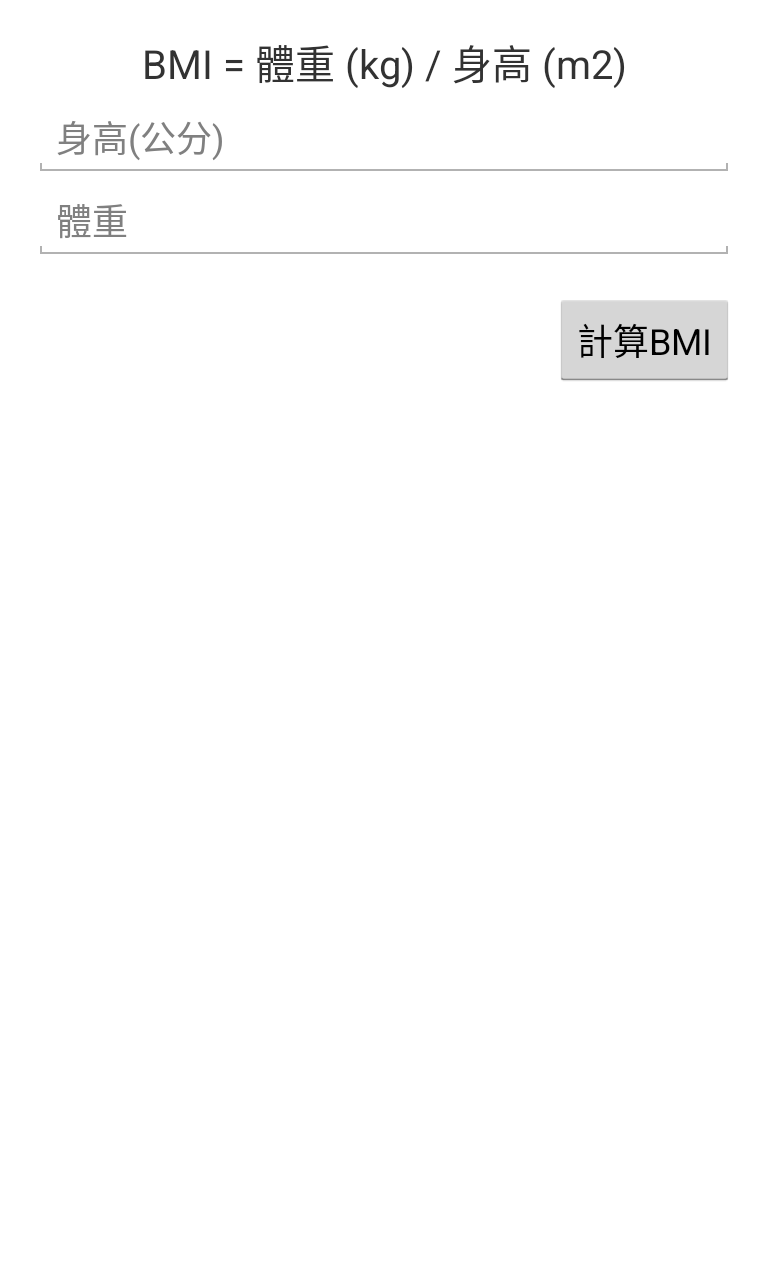
Repository: ericluo1123/myAndroidCode
Layout: myAndroidProject/res/layout/activity_main.xml
The author's editor kept a copy of each file at every save. The layout is drawn from the files as they stood at one save, then again after the next save.
It is drawn on a 768 x 1280 px phone screen (xhdpi) without system bars, with theme AppTheme; the app's code is not run.

Above is the layout before, as saved 2014-09-26 06:05:50.

### myAndroidProject/res/layout/activity_main.xml
<RelativeLayout xmlns:android="http://schemas.android.com/apk/res/android"
    xmlns:tools="http://schemas.android.com/tools"
    android:layout_width="match_parent"
    android:layout_height="match_parent"
    android:paddingBottom="@dimen/activity_vertical_margin"
    android:paddingLeft="@dimen/activity_horizontal_margin"
    android:paddingRight="@dimen/activity_horizontal_margin"
    android:paddingTop="@dimen/activity_vertical_margin"
    tools:context="com.example.myandroidproject.MainActivity" >

    <EditText
        android:id="@+id/editText1"
        android:layout_width="match_parent"
        android:layout_height="wrap_content"
        android:layout_alignParentTop="true"
        android:layout_centerHorizontal="true"
        android:layout_marginTop="32dp"
        android:ems="10"
        android:hint="身高(公分)" />

    <TextView
        android:id="@+id/textView2"
        android:layout_width="match_parent"
        android:layout_height="wrap_content"
        android:layout_alignLeft="@+id/editText1"
        android:layout_alignParentTop="true"
        android:gravity="center_horizontal"
        android:text="BMI = 體重 (kg) / 身高 (m2)"
        android:textSize="20sp" />

    <EditText
        android:id="@+id/editText2"
        android:layout_width="match_parent"
        android:layout_height="wrap_content"
        android:layout_below="@+id/editText1"
        android:layout_centerHorizontal="true"
        android:ems="10"
        android:hint="體重" />

    <Button
        android:id="@+id/button1"
        android:layout_width="wrap_content"
        android:layout_height="wrap_content"
        android:layout_alignRight="@+id/editText2"
        android:layout_below="@+id/editText2"
        android:layout_marginTop="15dp"
        android:text="計算BMI" />

</RelativeLayout>

Loaded but not shown: myAndroidProject/res/values/styles.xml (common file); myAndroidProject/res/values-v11/styles.xml (common file); myAndroidProject/res/values-v14/styles.xml (common file); myAndroidProject/res/values/dimens.xml (common file); myAndroidProject/res/values-w820dp/dimens.xml (common file)

After the next save:
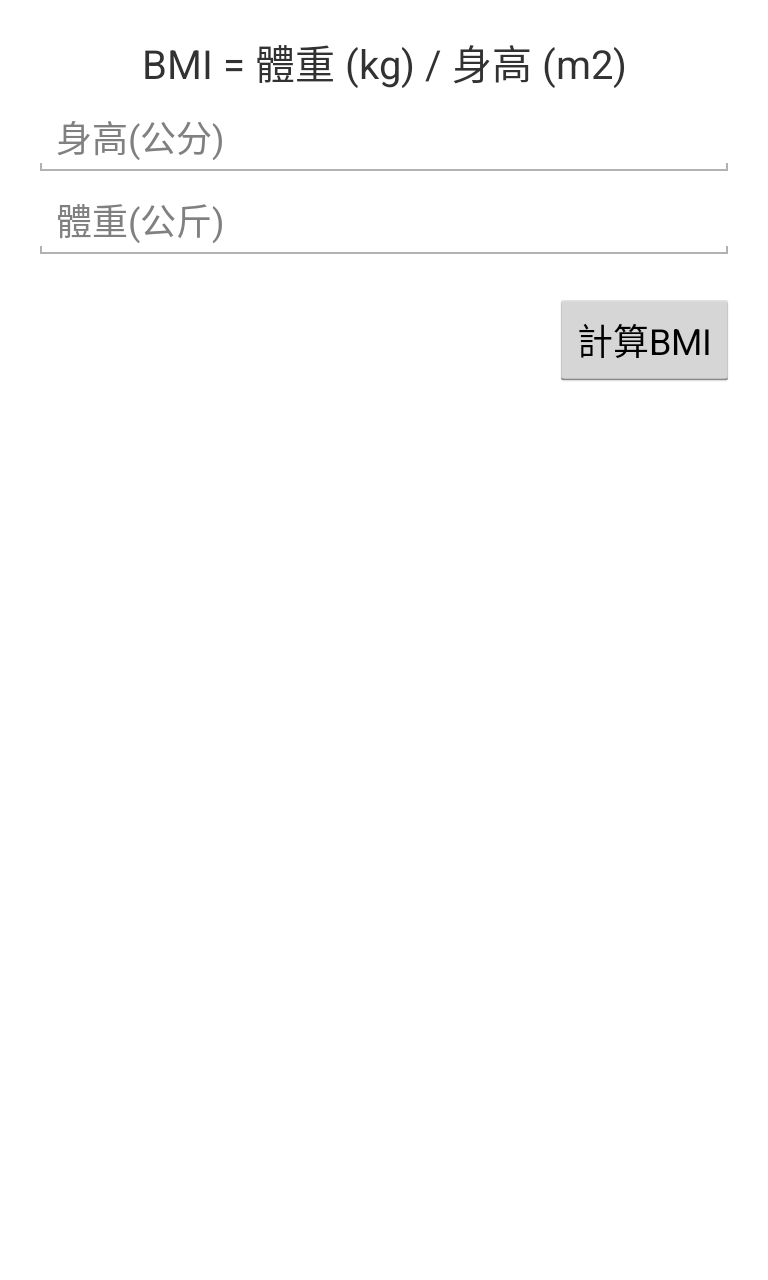
Saved 12 s later.
--- a/myAndroidProject/res/layout/activity_main.xml
+++ b/myAndroidProject/res/layout/activity_main.xml
@@ -35,7 +35,7 @@
         android:layout_below="@+id/editText1"
         android:layout_centerHorizontal="true"
         android:ems="10"
-        android:hint="體重" />
+        android:hint="體重(公斤)" />
 
     <Button
         android:id="@+id/button1"
